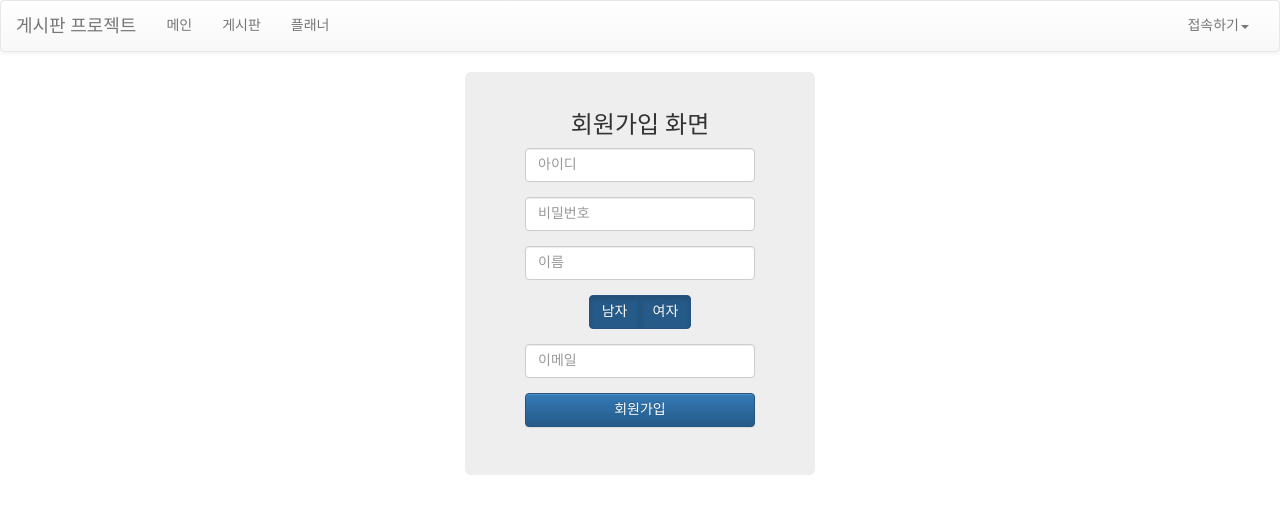
Repository: Seok7975/JSP-Education
Page: http://localhost/ToDoList공유_게시판_ver3/join.jsp
An editor plug-in stored every save of this project. The page is shown before and after the next save, followed by the edit.
The browser window is 1280 px wide. The pictures show the whole page.
Some web fonts or font styles are not loaded; a fallback is used. Some web libraries are served in a nearby version. The page is served by Tomcat 9.

Above is the page before, as saved 2024-06-19 10:57:55.

After the next save:
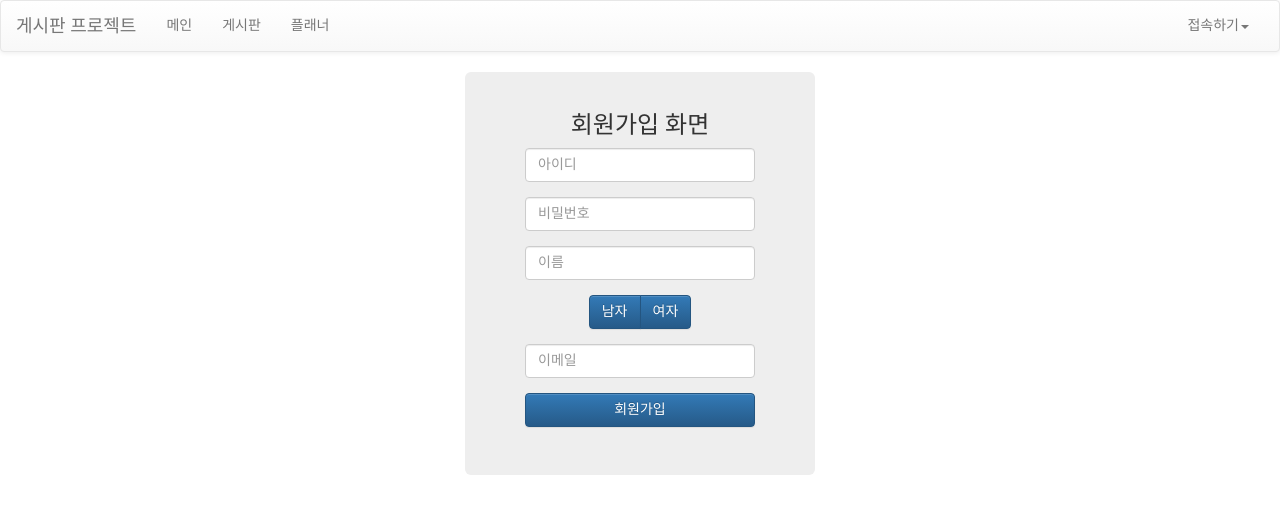
Saved 6 min 1 s later.
--- a/List_Projects_ver3/ToDoList공유 게시판_ver3/src/main/webapp/join.jsp
+++ b/List_Projects_ver3/ToDoList공유 게시판_ver3/src/main/webapp/join.jsp
@@ -1,4 +1,3 @@
- <!-- 회원가입화면 -->
 <%@ page language="java" contentType="text/html; charset=UTF-8"
     pageEncoding="UTF-8"%>
 <!DOCTYPE html>
@@ -62,13 +61,13 @@
 					<div class="form-group">
 						<input type="text" class="form-control" placeholder="이름" name="userName" required maxlength="20">
 					</div>
-					<div class="form-group" style="text-align : center;">
+					<div class="form-group" style="text-align: center;">
 						<div class="btn-group" data-toggle="buttons">
-							<label class="btn btn-primary active">
-								<input type="radio" name="userGender" value="남자" required checked>남자 <!-- autocomplete="off" -->
+							<label class="btn btn-primary">
+								<input type="radio" name="userGender" value="남자" required> 남자
 							</label>
-							<label class="btn btn-primary active">
-								<input type="radio" name="userGender" value="여자" required checked>여자 <!-- autocomplete="off" -->
+							<label class="btn btn-primary">
+								<input type="radio" name="userGender" value="여자" required> 여자
 							</label>
 						</div>
 					</div>
